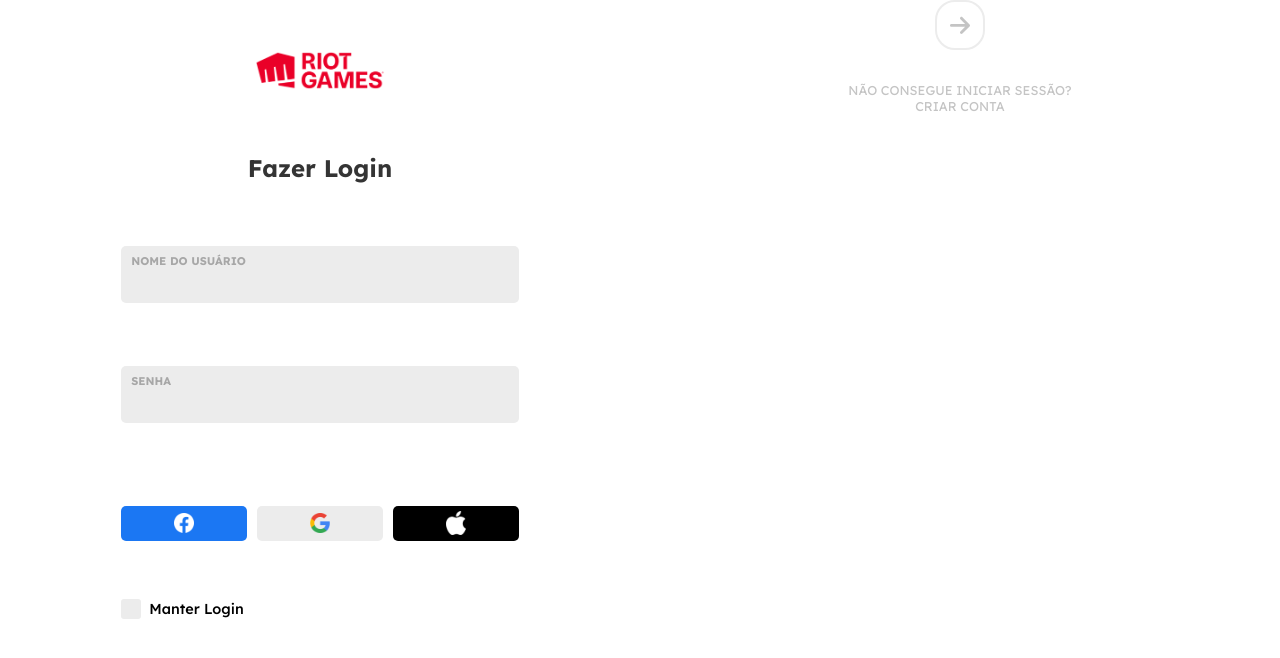
Repository: guilhermecardoso93/lolpage
Page: index.html
The author's editor kept a copy of each file at every save. The page is drawn from the files as they stood at one save, then again after the next save.
The browser window is 1280 px wide. The pictures show the whole page.

Above is the page before, as saved 2022-06-11 22:14:47.

### index.html
<!DOCTYPE html>
<html lang="pt-BR">
  <head>
    <meta charset="UTF-8" />
    <meta http-equiv="X-UA-Compatible" content="IE=edge" />
    <link rel="shortcut icon" href="favicon.ico" type="image/x-icon" />
    <meta name="viewport" content="width=device-width, initial-scale=1.0" />
    <link rel="stylesheet" href="./style.css" />
    <title>League of Legends - Login</title>
  </head>
  <body>
    <main>
      <div class="wrapper">
      <section class="login">
        <img src="./assets/logo.png" alt="Logo Riot Games" class="login_logo" />
        <h1 class="login_title">Fazer Login</h1>
        <label for="" class="login_label">
          <span class="span-active">nome do usuário</span>
          <input type="text" name="username" class="input" />
        </label>
        <label for="" class="login_label">
          <span  class="span-active">senha</span>
          <input type="password" name="password" class="input" />
        </label>
        <div class="login_icons">
          <button type="button" class="icons_button">
            <img src="./assets/facebook-icon.png" alt="facebook" />
          </button>
          <button type="button" class="icons_button">
            <img src="./assets/google-icon.png" alt="google" />
          </button>
          <button type="button" class="icons_button">
            <img src="./assets/apple-icon.png" alt="apple" />
          </button>
        </div>
        <label for="" class="login_label--checkbox">
          <input type="checkbox" class="input--checkout" />
          Manter Login
        </label>
      </div>
      <div class="wrapper">
          <button type="button" class="login__button" disabled>
            <svg xmlns="http://www.w3.org/2000/svg" viewBox="0 0 448 512">
              <path d="M438.6 278.6l-160 160C272.4 444.9 264.2 448 256 448s-16.38-3.125-22.62-9.375c-12.5-12.5-12.5-32.75 0-45.25L338.8 288H32C14.33 288 .0016 273.7 .0016 256S14.33 224 32 224h306.8l-105.4-105.4c-12.5-12.5-12.5-32.75 0-45.25s32.75-12.5 45.25 0l160 160C451.1 245.9 451.1 266.1 438.6 278.6z"/>
            </svg>
          </button>

          <a href="#" class="login__link">não consegue iniciar sessão?</a>
          <a href="#" class="login__link">criar conta</a>
      </div>
      </section>
      <section class="wallpaper"></section>
    </main>
  </body>
  <script src="./script.js"></script>
</html>

### style.css
@import url("https://fonts.googleapis.com/css2?family=Lexend+Deca:wght@300;400;500;600;700&display=swap");

* {
  margin: 0;
  padding: 0;
  box-sizing: border-box;
  font-family: "Lexend Deca", sans-serif;
}

:root {
  --white: #fff;
  --whitesmoke: #f9f9f9;
  --light-grey: #ececec;
  --grey: #c4c4c4;
  --medium-grey: #a7a7a7;
  --deep-grey: #343434;
  --black: #000000;
  --blue: #1b77f3;
  --red: #ea0028;
}

main {
  display: flex;
}

.login {
  display: flex;
  flex-direction: column;
  align-items: center;
  justify-content: space-between;
  width: 100%;
  max-width: 500px;
  min-height: 100vh;
  padding: clamp(35px, 8%, 70px);
}

.login_logo {
  width: 130px;
  margin-bottom: 20px;
}

.login_title {
  color: var(--deep-grey);
  font-size: 1.5rem;
  margin-bottom: 20px;
}

.login_label {
  display: block;
  margin-bottom: 20px;
  width: 100%;
}

.input {
  width: 100%;
  background-color: var(--light-grey);
  border: 2px solid rgba(0, 0, 0, 0);
  border-radius: 5px;
  outline: none;
  font-size: 0.9rem;
  padding: 25px 10px 10px;
  font-weight: 600;
  color: var(--deep-grey);
}

.login_label span {
  position: absolute;
  font-size: 0.8rem;
  font-weight: 700;
  text-transform: uppercase;
  color: var(--medium-grey);
  margin: 20px;
  cursor: text;
  transition: all 200 ease;
}

.input:focus {
  background-color: var(--whitesmoke);
  border: 2px solid var(--deep-grey);
}

.login_label .span-active {
  font-size: 0.7rem;
  margin: 8px 10px;
}

.login_icons {
  display: flex;
  gap: 10px;
  width: 100%;
  margin-top: 20px;
}

.login_icons img {
  width: 20px;
}

.icons_button {
  width: 33%;
  display: flex;
  align-items: center;
  justify-content: center;
  height: 35px;
  border-radius: 5px;
  cursor: pointer;
  border: none;
}

.login_icons .icons_button:nth-child(1) {
  background-color: var(--blue);
}

.login_icons .icons_button:nth-child(2) {
  background-color: var(--light-grey);
}

.login_icons .icons_button:nth-child(3) {
  background-color: var(--black);
}

.login_icons .icons_button:hover {
  opacity: 0.7;
}

.login_label--checkbox {
  width: 100%;
  margin: 15px 0px 50px;
  font-size: 0.9rem;
  font-weight: 500;
  display: flex;
  align-items: center;
}

.input--checkout {
  appearance: none;
  width: 20px;
  height: 20px;
  background-color: var(--light-grey);
  border-radius: 3px;
  margin-right: 8px;
}

.input--checkout:checked {
  background-color: var(--red);
}

.input--checkout:checked:after {
  content: "";
  display: block;
  width: 5px;
  height: 10px;
  border: 3px solid var(--whitesmoke);
  border-width: 0 3px 3px 0;
  transform: rotate(45deg);
  margin: 2px 6px;
}

.wrapper {
  width: 100%;
  display: flex;
  flex-direction: column;
  align-items: center;
  margin-top: 0;
}

.login__button {
  width: 50px;
  height: 50px;
  display: flex;
  align-items: center;
  justify-content: center;
  background-color: var(--red);
  border: none;
  cursor: pointer;
  border-radius: 20px;
  margin-bottom: 2rem;
}

.login__button svg {
  width: 20px;
  fill: white;
}

.login__button:disabled {
  cursor: auto;
  background-color: white;
  border: 2px solid var(--light-grey);
}

.login__button:disabled svg {
  fill: var(--grey);
}

.login__link {
  font-size: 0.8rem;
  text-decoration: none;
  color: var(--grey);
  text-transform: uppercase;
}

.wallpaper {
  width: 100%;
  background-image: url("./assets/wallpaper.jpg");
  background-size: cover;
  background-position: center;
  flex: 1;
}

### script.js
const inputActive = document.querySelectorAll(".input");
const button = document.querySelector(".login__button");

const handleFocus = ({ target }) => {
  const span = target.previousElementSibling;
  span.classList.add("span-active");
};

const handleFocusout = ({ target }) => {
  if (target.value == "") {
    const span = target.previousElementSibling;
    span.classList.remove("span-active");
  }
};

const handleChange = () => {
  const [username, password] = inputActive;

  if (username.value && password.value.length >= 8) {
    button.removeAttribute("disabled");
  } else {
    button.setAttribute("disabled", "");
  }
};

inputActive.forEach((input) => input.addEventListener("focus", handleFocus));
inputActive.forEach((input) =>
  input.addEventListener("focusout", handleFocusout)
);
inputActive.forEach((input) => input.addEventListener("input", handleChange));

After the next save:
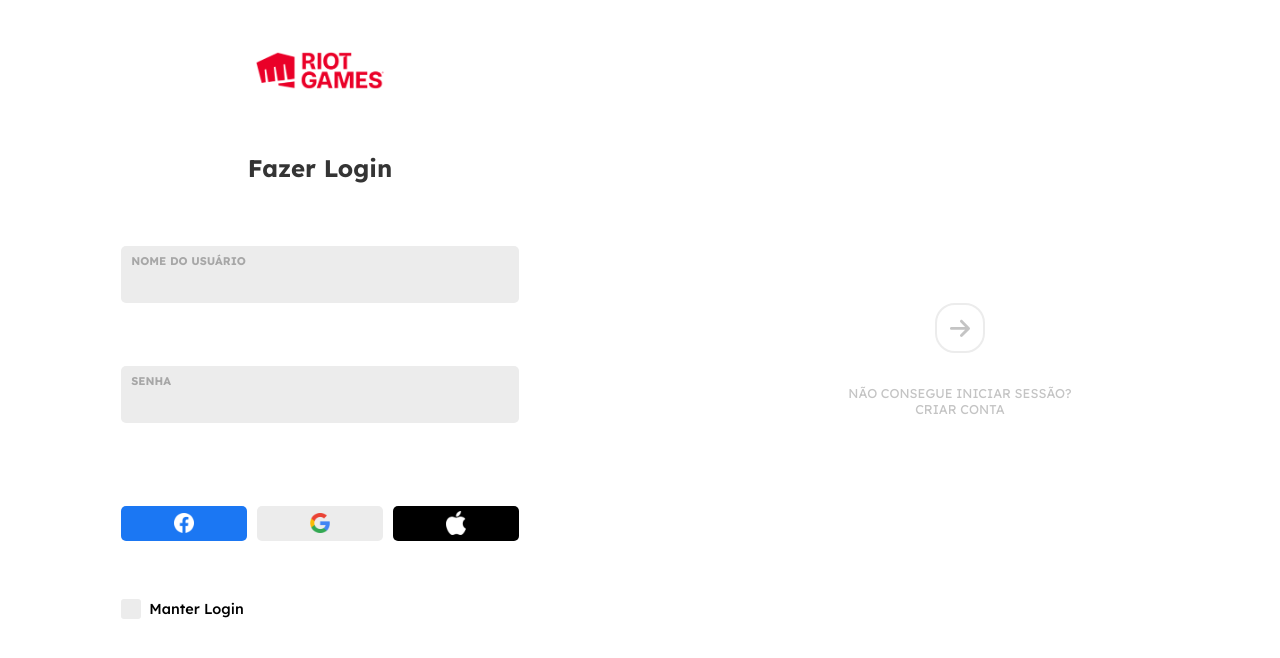
Saved 50 s later.
--- a/style.css
+++ b/style.css
@@ -32,6 +32,15 @@
   max-width: 500px;
   min-height: 100vh;
   padding: clamp(35px, 8%, 70px);
+
+}
+.wrapper {
+  width: 100%;
+  display: flex;
+  flex-direction: column;
+  align-items: center;
+  justify-content: center;
+  margin-top: 0;
 }
 
 .login_logo {
@@ -155,14 +164,6 @@
   margin: 2px 6px;
 }
 
-.wrapper {
-  width: 100%;
-  display: flex;
-  flex-direction: column;
-  align-items: center;
-  margin-top: 0;
-}
-
 .login__button {
   width: 50px;
   height: 50px;
